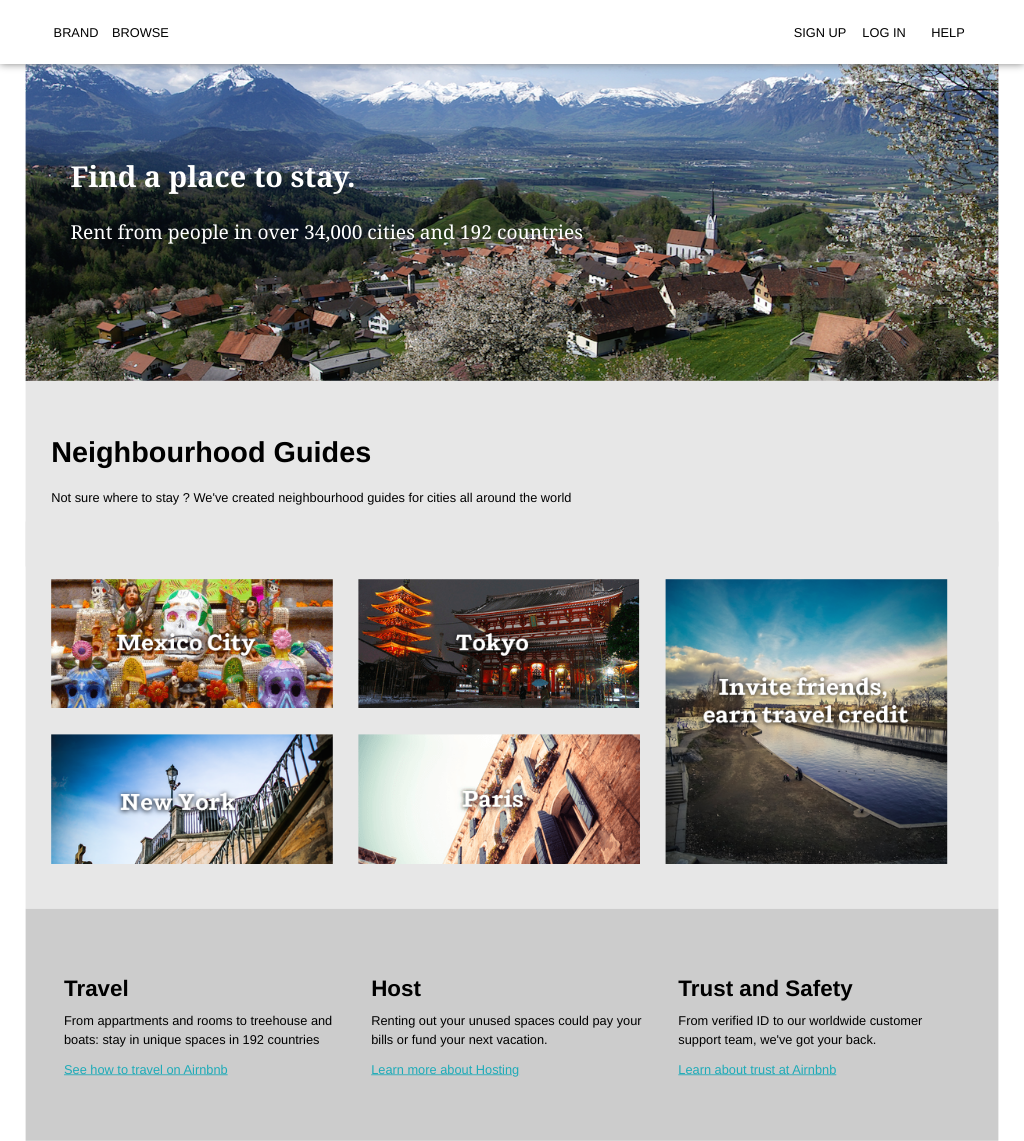
Repository: Naohonproject/web101x02-asm3
Page: Project3.html
The author's editor kept a copy of each file at every save. The page is drawn from the files as they stood at one save, then again after the next save.
The browser window is 1280 px wide. The pictures show the whole page, at 80% of full size.

Above is the page before, as saved 2022-01-22 18:08:49.

After the next save:
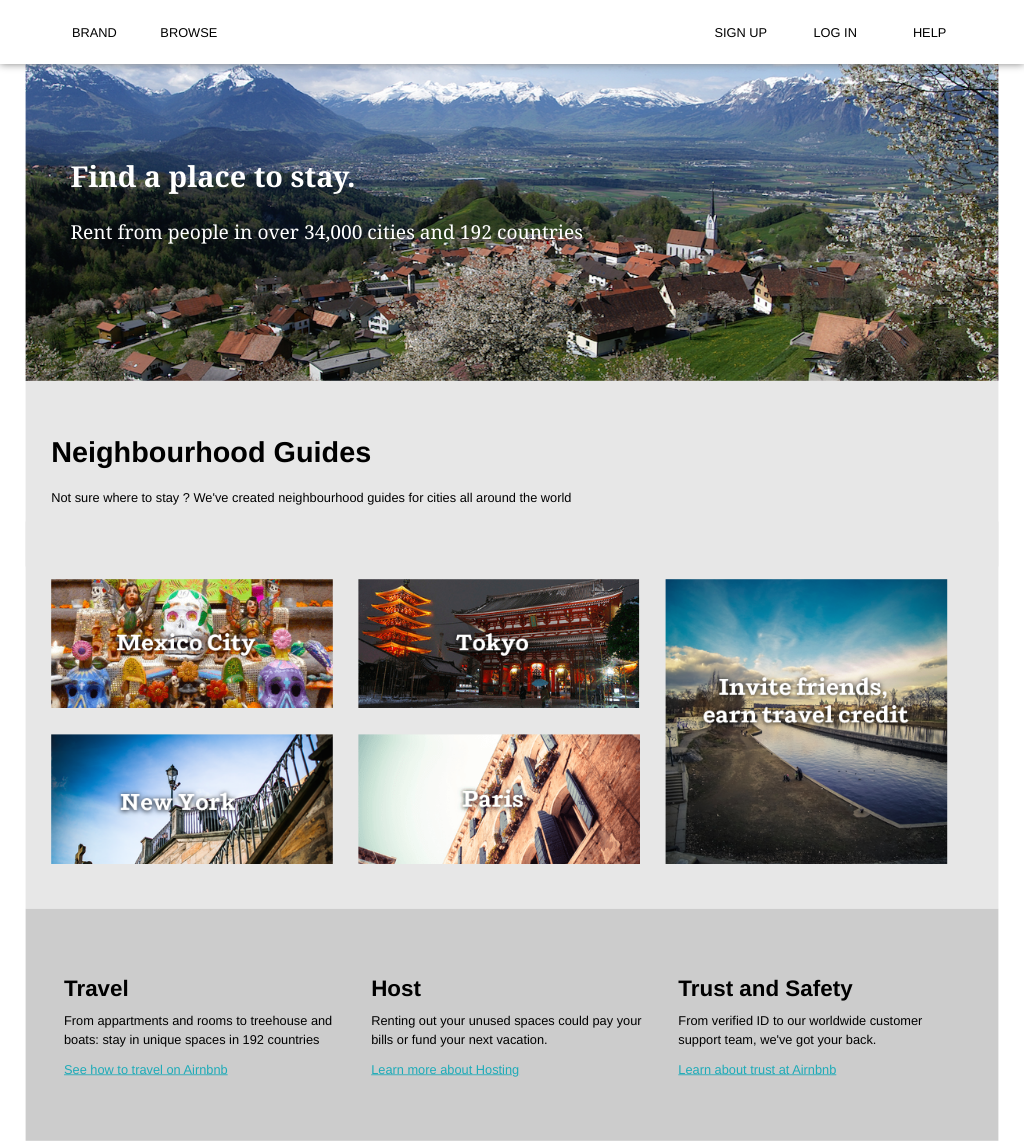
Saved 71 s later.
--- a/assets/css/mobile.css
+++ b/assets/css/mobile.css
@@ -82,6 +82,17 @@
 	padding: 0 20px;
 }
 
+#header .nav-item {
+	width: 80px;
+	transition: all 1s;
+}
+
+#header .nav-item:hover {
+	background-color: #27ae60;
+	cursor: pointer;
+	transform: scale(1.1);
+}
+
 .nav-item {
 	width: 70px;
 	height: 80px;
